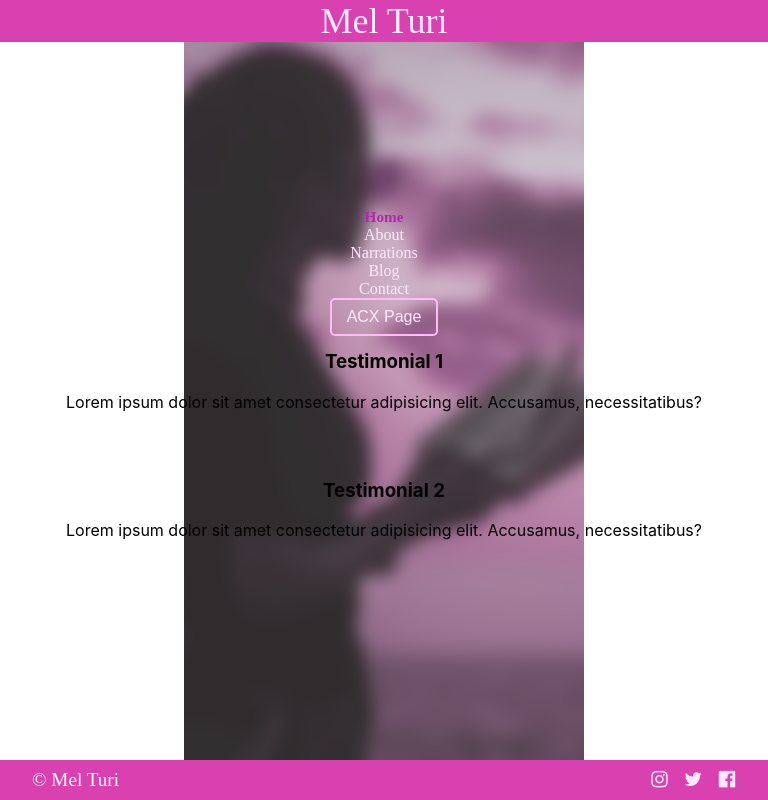
Repository: mel-turi/mel-turi-website
Page: /
An editor plug-in stored every save of this project. The page is shown before and after the next save, followed by the edit.
The browser window is 768 px wide. The pictures show the whole page.
Some web fonts or font styles are not loaded; a fallback is used. The project was rebuilt for these pictures with package versions that can differ from the ones it lists, and the page was loaded fresh each time. Also part of the build but not shown: src/About.js, src/Narrations.js, src/Blog.js, src/Contact.js.

Above is the page before, as saved 2019-08-24 15:36:57.

### public/index.html
<!DOCTYPE html>
<html lang="en">
  <head>
    <meta charset="utf-8" />
    <link rel="apple-touch-icon" sizes="57x57" href="/apple-icon-57x57.png" />
    <link rel="apple-touch-icon" sizes="60x60" href="/apple-icon-60x60.png" />
    <link rel="apple-touch-icon" sizes="72x72" href="/apple-icon-72x72.png" />
    <link rel="apple-touch-icon" sizes="76x76" href="/apple-icon-76x76.png" />
    <link
      rel="apple-touch-icon"
      sizes="114x114"
      href="/apple-icon-114x114.png"
    />
    <link
      rel="apple-touch-icon"
      sizes="120x120"
      href="/apple-icon-120x120.png"
    />
    <link
      rel="apple-touch-icon"
      sizes="144x144"
      href="/apple-icon-144x144.png"
    />
    <link
      rel="apple-touch-icon"
      sizes="152x152"
      href="/apple-icon-152x152.png"
    />
    <link
      rel="apple-touch-icon"
      sizes="180x180"
      href="/apple-icon-180x180.png"
    />
    <link
      rel="icon"
      type="image/png"
      sizes="192x192"
      href="/android-icon-192x192.png"
    />
    <link rel="icon" type="image/png" sizes="32x32" href="/favicon-32x32.png" />
    <link rel="icon" type="image/png" sizes="96x96" href="/favicon-96x96.png" />
    <link rel="icon" type="image/png" sizes="16x16" href="/favicon-16x16.png" />
    <link rel="manifest" href="/manifest.json" />
    <meta name="msapplication-TileColor" content="#ffffff" />
    <meta name="msapplication-TileImage" content="/ms-icon-144x144.png" />
    <meta name="theme-color" content="#ffffff" />
    <meta name="viewport" content="width=device-width, initial-scale=1" />
    <meta name="description" content="Portfolio website for Mel Turi" />
    <link
      href="https://fonts.googleapis.com/css?family=Sail&display=swap"
      rel="stylesheet"
    />
    <link
      href="https://stackpath.bootstrapcdn.com/font-awesome/4.7.0/css/font-awesome.min.css"
      rel="stylesheet"
      integrity="sha384-wvfXpqpZZVQGK6TAh5PVlGOfQNHSoD2xbE+QkPxCAFlNEevoEH3Sl0sibVcOQVnN"
      crossorigin="anonymous"
    />
    <link rel="apple-touch-icon" href="logo192.png" />

    <link rel="manifest" href="%PUBLIC_URL%/manifest.json" />

    <title>Mel Turi | Audible Narrator</title>
  </head>
  <body>
    <noscript>You need to enable JavaScript to run this app.</noscript>
    <div id="root"></div>
  </body>
</html>

### src/index.css
:root {
  --light-primary-color: #ffe8fe;
  --light-secondary-color: #fffdff;
  --dark-primary-color: #d941b1;
  --dark-secondary-color: #b524b0;
}

body {
  text-decoration: none;
  text-decoration-color: none;
  margin: 0;
  padding: 0;
  font-family: -apple-system, BlinkMacSystemFont, 'Segoe UI', 'Roboto', 'Oxygen',
    'Ubuntu', 'Cantarell', 'Fira Sans', 'Droid Sans', 'Helvetica Neue',
    sans-serif;
  -webkit-font-smoothing: antialiased;
  -moz-osx-font-smoothing: grayscale;
}

body a {
  text-decoration: none;
  color: var(--light-primary-color);
  transition: 0.6s;
}

a:hover,
.active {
  font-weight: bold;
  font-size: 95%;
}

.active {
  color: var(--dark-secondary-color);
}

code {
  font-family: source-code-pro, Menlo, Monaco, Consolas, 'Courier New',
    monospace;
}

.wrapper {
  background: url(./assets/bg-main-1.png) no-repeat center center fixed;
  background-size: cover;
  z-index: 2;
  display: grid;
  grid-template-rows: auto 1fr auto;
  align-items: space-between;
  min-height: 100vh;
  overflow: auto;
}

/*
*
* Header
*
*/

.nav-wrapper {
  color: var(--light-primary-color);
  font-family: 'Sail', cursive;
  height: 15vh;
  display: grid;
  grid-template-columns: 1fr 6fr;
  align-items: start;
  justify-content: space-between;
  margin: 0;
  padding: 0.5rem 0 0.5rem 0;
  background: linear-gradient(
    rgba(0, 0, 0, 0.45),
    rgba(0, 0, 0, 0.35),
    rgba(0, 0, 0, 0.25),
    rgba(0, 0, 0, 0.1),
    rgba(0, 0, 0, 0)
  );
}

.title {
  font-size: 1.7rem;
  padding-left: 2rem;
  justify-self: start;
}
.main-navigation {
  color: var(--light-primary-color);
  justify-self: end;
  padding-right: 2rem;
}
.main-navigation > ul {
  display: grid;
  grid-template-columns: 1fr 1fr 1fr 1fr 1fr 1fr;
  grid-column-gap: 0.3rem;
  justify-items: center;
  align-items: center;
  margin: 0;
  padding: 0;
  list-style-type: none;
}

.button {
  font-family: Arial, Helvetica, sans-serif;
  font-size: 1rem;
  border: 2px solid #fdbcf4;
  border-radius: 5px;
  padding: 0.5rem 0.75rem 0.5rem 0.75rem;
  width: 5rem;
}
/*
*
* Main
*
*/

.main-container {
  color: var(--light-primary-color);
  font-family: -apple-system, BlinkMacSystemFont, 'Segoe UI', Roboto, Oxygen,
    Ubuntu, Cantarell, 'Open Sans', 'Helvetica Neue', sans-serif;
  font-size: 1.2rem;
}

.home {
  height: 50vh;
  display: grid;
  grid-template-columns: repeat(9, 1fr);
  grid-template-rows: repeat(5, 1fr);
  align-items: center;
  justify-content: space-between;
  margin: 0;
  padding: 1rem 0 1rem 0;
}

.big-title {
  border: 1px solid var(--dark-primary-color);
  grid-column: 3 / span 5;
  grid-row: 1 / span 1;
  height: 35vh;
  margin: 2rem;
  background: rgba(255, 255, 255, 0.25);
}

/* .main-container {
  color: var(--light-primary-color);
  font-family: Arial, Helvetica, sans-serif;
  font-size: 1.2rem;
  height: 50vh;
  display: grid;
  grid-template-columns: repeat(9, 1fr);
  grid-template-rows: repeat(5, 1fr);
  align-items: center;
  justify-content: space-between;
  margin: 0;
  padding: 1rem 0 1rem 0;
}

.about-me {
  border: 1px solid var(--dark-primary-color);
  grid-column: 3 / span 5;
  grid-row: 1 / span 1;
  height: 65vh;
  margin: 2rem;
  background: rgba(255, 255, 255, 0.25);
}


.testimonials {
  display: grid;
  grid-template-columns: repeat(9, 1fr);
  grid-template-rows: repeat(5, 1fr);
  align-items: center;
  justify-content: space-between;
  margin: 0;
  padding: 1rem 0 1rem 0;
}
.testimonial-1 {
  grid-column: 1 / span 3;
  grid-row: 3 / span 1;
  margin: 1rem;
}
.testimonial-2 {
  grid-column: 7 / span 3;
  grid-row: 3 / span 1;
  margin: 1rem;
} */

/*
*
* Footer
*
*/

footer {
  bottom: 0;
  width: 100%;
  position: absolute;
  color: var(--light-secondary-color);
  font-family: 'Sail', cursive;
  font-size: 1.2rem;
  height: 5vh;
  display: grid;
  grid-template-columns: 1fr 1fr;
  align-items: center;
  justify-content: space-between;
  margin: 0;
  padding: 0;
  background: var(--dark-primary-color);
}
.social-footer {
  justify-self: end;
  padding-right: 2rem;
}
.social-footer > ul {
  display: grid;
  grid-template-columns: 1fr 1fr 1fr;
  grid-column-gap: 1rem;
  justify-items: center;
  align-items: center;
  margin: 0;
  padding: 0;
  list-style-type: none;
}

.copyright {
  justify-self: start;
  padding-left: 2rem;
}

@media (max-height: 600px) {
  .wrapper {
    background: url(./assets/bg-main-2.png) no-repeat center center fixed;
    background-size: cover;
    z-index: 2;
    display: grid;
    grid-template-rows: auto 1fr auto;
    align-items: space-between;
    min-height: 100vh;
  }
}

@media (max-width: 786px) {
  body {
    max-width: 786px;
    padding: 0;
    margin: 0;
  }
  .wrapper {
    background: url(./assets/bg-mobile.png) no-repeat center center fixed;

    display: flex;
    flex-direction: column;
    flex-wrap: wrap;
    justify-content: center;
    align-items: center;
  }
  .main-container {
    display: flex;
    flex-direction: column;
  }

  .big-title {
    border: none;
    background: none;
  }

  .testimonial-1 {
    padding-bottom: 2rem;
  }
  .testimonial-2 {
    padding-bottom: 2rem;
  }
  .nav-wrapper {
    display: flex;
    flex-direction: column;
    justify-content: center;
    align-items: center;
    background: none;
    padding: 0;
    margin: 0;
  }
  .main-navigation {
    margin: 0;
    padding: 0;
  }
  .main-navigation > ul {
    display: flex;
    flex-direction: column;
    align-items: center;
    padding: 0;
    margin: 0;
  }
  .title {
    font-size: 2.25rem;
    padding: 0;
    margin: 0;
    position: fixed;
    width: 100vw;
    top: 0;
    background: var(--dark-primary-color);
    justify-self: center;
  }
}

### src/App.js
import React from 'react';
import Footer from './Footer';
import Header from './Header';
import Main from './Main';
import About from './About';
import Narrations from './Narrations';
import Blog from './Blog';
import Contact from './Contact';
import './App.css';
import { BrowserRouter as Router, Switch, Route } from 'react-router-dom';

class App extends React.Component {
  constructor(props) {
    super();
    this.state = {
      page: '',
      containerpage: 'main-container',
      item1: {
        class: '',
        title: '',
        content: ''
      },
      item2: {
        class: ''
      },
      item3: {
        class: ''
      }
    };
    this.updateState = this.updateState.bind(this);
  }

  updateState(text) {
    this.setState({ text });
  }

  render() {
    return (
      <Router>
        <div className='App'>
          <div className='wrapper'>
            <Header />
            <Switch>
              <Route
                path='/'
                exact
                render={props => (
                  <Main
                    {...props}
                    page='home'
                    state={this.state}
                    updateState={this.updateState}
                  />
                )}
              />
              <Route
                path='/about'
                render={props => (
                  <About {...props} page='about' state={this.state} />
                )}
              />
              <Route
                path='/narrations'
                render={props => (
                  <Narrations {...props} page='narrations' state={this.state} />
                )}
              />
              <Route
                path='/blog'
                render={props => (
                  <Blog {...props} page='blog' state={this.state} />
                )}
              />
              <Route
                path='/contact'
                render={props => (
                  <Contact {...props} page='contact' state={this.state} />
                )}
              />
            </Switch>
            <Footer />
          </div>
        </div>
      </Router>
    );
  }
}

export default App;

### src/Footer.js
import React, { Component } from 'react';

export class Footer extends Component {
  render() {
    return (
      <footer className='footer'>
        <div className='copyright'>&copy; Mel Turi</div>
        <div className='social-footer'>
          <ul>
            <li>
              <a
                target='_blank'
                rel='noopener noreferrer'
                href='https://www.instagram.com/mel.turi'
              >
                <i className='fa fa-instagram'></i>
              </a>
            </li>
            <li>
              <a
                target='_blank'
                rel='noopener noreferrer'
                href='https://www.twitter.com/turimel'
              >
                <i className='fa fa-twitter'></i>
              </a>
            </li>

            <li>
              <a
                target='_blank'
                rel='noopener noreferrer'
                href='https://www.facebook.com/mel.turi.96'
              >
                <i className='fa fa-facebook-official'></i>
              </a>
            </li>
          </ul>
        </div>
      </footer>
    );
  }
}

export default Footer;

### src/Header.js
import React, { Component } from 'react';
import { NavLink } from 'react-router-dom';

export class Header extends Component {
  render() {
    return (
      <nav className='nav-wrapper'>
        <div className='title'>Mel Turi</div>
        <div className='main-navigation'>
          <ul>
            <li>
              <NavLink
                to={{
                  pathname: '/',
                  state: { page: 'home' }
                }}
                exact={true}
              >
                Home
              </NavLink>
            </li>
            <li>
              <NavLink
                to={{
                  pathname: '/about',
                  state: { page: 'about' }
                }}
              >
                About
              </NavLink>
            </li>
            <li>
              <NavLink to='/narrations'>Narrations</NavLink>
            </li>
            <li>
              <NavLink to='/blog'>Blog</NavLink>
            </li>
            <li>
              <NavLink to='/contact'>Contact</NavLink>
            </li>
            <div className='button nav-button'>
              <li>
                <a
                  target='_blank'
                  rel='noopener noreferrer'
                  href='https://www.acx.com/narrator?p=AI0XTZMVU6YKG'
                >
                  ACX Page
                </a>
              </li>
            </div>
          </ul>
        </div>
      </nav>
    );
  }
}

export default Header;

### src/Main.js
import React from 'react';
import Content from './Content';

const Main = props => {
  console.log(props);
  return <Content state={props.location.state} />;
};

export default Main;

### src/Content.js
import React from 'react';

const Content = props => {
  return (
    <main>
      {/* <div className={props.containerpage}>
        <div className={props.item1.class}>
          <h1>{props.item1.title}</h1>
          <p>{props.item1.content}</p>
        </div> */}
      <div className='item-2-container'>
        <div className='testimonial-1'>
          <h3 className='tt-1'>Testimonial 1</h3>
          <p>
            Lorem ipsum dolor sit amet consectetur adipisicing elit. Accusamus,
            necessitatibus?
          </p>
        </div>
        <div className='testimonial-2'>
          <h3 className='tt-2'>Testimonial 2</h3>
          <p>
            Lorem ipsum dolor sit amet consectetur adipisicing elit. Accusamus,
            necessitatibus?
          </p>
        </div>
      </div>
      {/* </div> */}
    </main>
  );
};

export default Content;

Loaded but not shown: src/index.js (common file); src/App.css (common file)

After the next save:
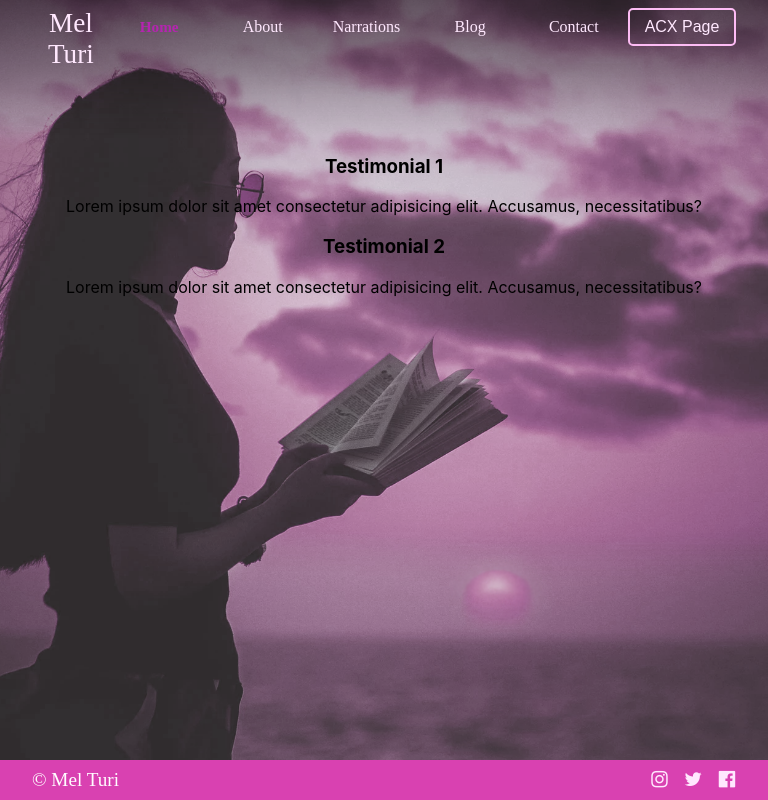
Saved 85 s later.
--- a/src/index.css
+++ b/src/index.css
@@ -116,70 +116,6 @@ code {
   font-size: 1.2rem;
 }
 
-.home {
-  height: 50vh;
-  display: grid;
-  grid-template-columns: repeat(9, 1fr);
-  grid-template-rows: repeat(5, 1fr);
-  align-items: center;
-  justify-content: space-between;
-  margin: 0;
-  padding: 1rem 0 1rem 0;
-}
-
-.big-title {
-  border: 1px solid var(--dark-primary-color);
-  grid-column: 3 / span 5;
-  grid-row: 1 / span 1;
-  height: 35vh;
-  margin: 2rem;
-  background: rgba(255, 255, 255, 0.25);
-}
-
-/* .main-container {
-  color: var(--light-primary-color);
-  font-family: Arial, Helvetica, sans-serif;
-  font-size: 1.2rem;
-  height: 50vh;
-  display: grid;
-  grid-template-columns: repeat(9, 1fr);
-  grid-template-rows: repeat(5, 1fr);
-  align-items: center;
-  justify-content: space-between;
-  margin: 0;
-  padding: 1rem 0 1rem 0;
-}
-
-.about-me {
-  border: 1px solid var(--dark-primary-color);
-  grid-column: 3 / span 5;
-  grid-row: 1 / span 1;
-  height: 65vh;
-  margin: 2rem;
-  background: rgba(255, 255, 255, 0.25);
-}
-
-
-.testimonials {
-  display: grid;
-  grid-template-columns: repeat(9, 1fr);
-  grid-template-rows: repeat(5, 1fr);
-  align-items: center;
-  justify-content: space-between;
-  margin: 0;
-  padding: 1rem 0 1rem 0;
-}
-.testimonial-1 {
-  grid-column: 1 / span 3;
-  grid-row: 3 / span 1;
-  margin: 1rem;
-}
-.testimonial-2 {
-  grid-column: 7 / span 3;
-  grid-row: 3 / span 1;
-  margin: 1rem;
-} */
-
 /*
 *
 * Footer
@@ -221,78 +157,3 @@ footer {
   justify-self: start;
   padding-left: 2rem;
 }
-
-@media (max-height: 600px) {
-  .wrapper {
-    background: url(./assets/bg-main-2.png) no-repeat center center fixed;
-    background-size: cover;
-    z-index: 2;
-    display: grid;
-    grid-template-rows: auto 1fr auto;
-    align-items: space-between;
-    min-height: 100vh;
-  }
-}
-
-@media (max-width: 786px) {
-  body {
-    max-width: 786px;
-    padding: 0;
-    margin: 0;
-  }
-  .wrapper {
-    background: url(./assets/bg-mobile.png) no-repeat center center fixed;
-
-    display: flex;
-    flex-direction: column;
-    flex-wrap: wrap;
-    justify-content: center;
-    align-items: center;
-  }
-  .main-container {
-    display: flex;
-    flex-direction: column;
-  }
-
-  .big-title {
-    border: none;
-    background: none;
-  }
-
-  .testimonial-1 {
-    padding-bottom: 2rem;
-  }
-  .testimonial-2 {
-    padding-bottom: 2rem;
-  }
-  .nav-wrapper {
-    display: flex;
-    flex-direction: column;
-    justify-content: center;
-    align-items: center;
-    background: none;
-    padding: 0;
-    margin: 0;
-  }
-  .main-navigation {
-    margin: 0;
-    padding: 0;
-  }
-  .main-navigation > ul {
-    display: flex;
-    flex-direction: column;
-    align-items: center;
-    padding: 0;
-    margin: 0;
-  }
-  .title {
-    font-size: 2.25rem;
-    padding: 0;
-    margin: 0;
-    position: fixed;
-    width: 100vw;
-    top: 0;
-    background: var(--dark-primary-color);
-    justify-self: center;
-  }
-}
